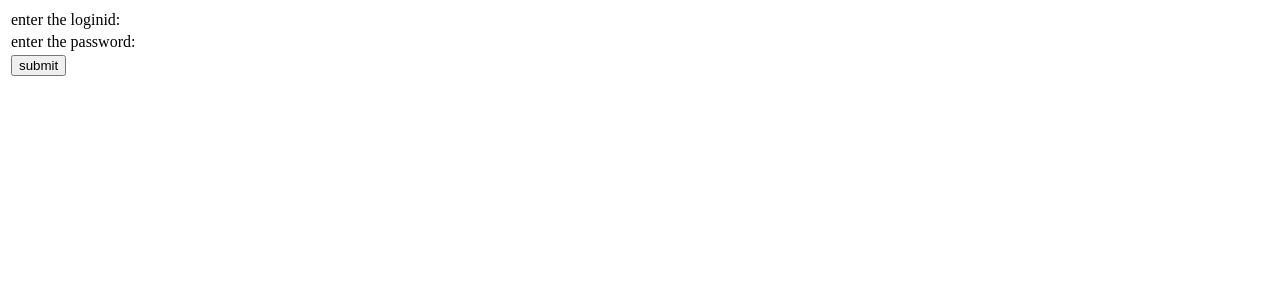
Repository: venkatasuryarameshbabu/palmetopractice
Page: example2/WebContent/home.html
An editor plug-in stored every save of this project. The page is shown before and after the next save, followed by the edit.
The browser window is 1280 px wide. The pictures show the whole page.

Above is the page before, as saved 2020-03-03 03:57:52.

After the next save:
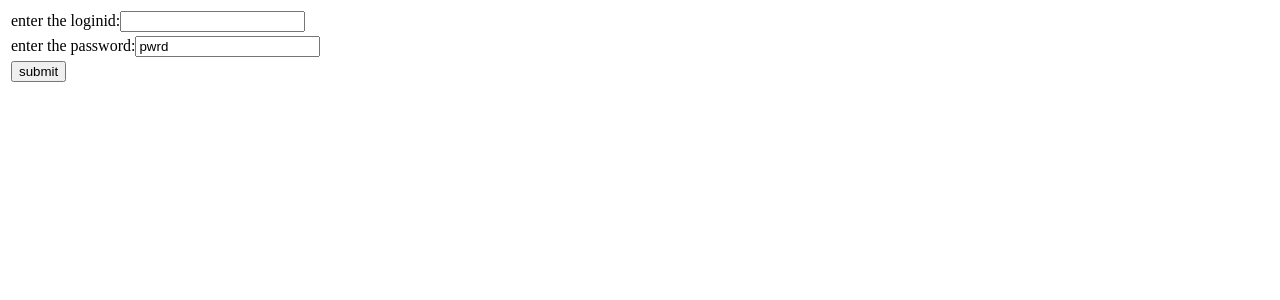
Saved 2 min 3 s later.
--- a/example2/WebContent/home.html
+++ b/example2/WebContent/home.html
@@ -8,10 +8,10 @@
 <form action="login">
 <table>
 <tr>
-<td>enter the loginid:</td>
+<td>enter the loginid:<input type="text" name="id"></td>
 </tr>
 <tr>
-<td>enter the password:</td>
+<td>enter the password:<input type="text" value="pwrd"></td>
 </tr>
 <tr>
 <td><input type="submit" value="submit"></td>
